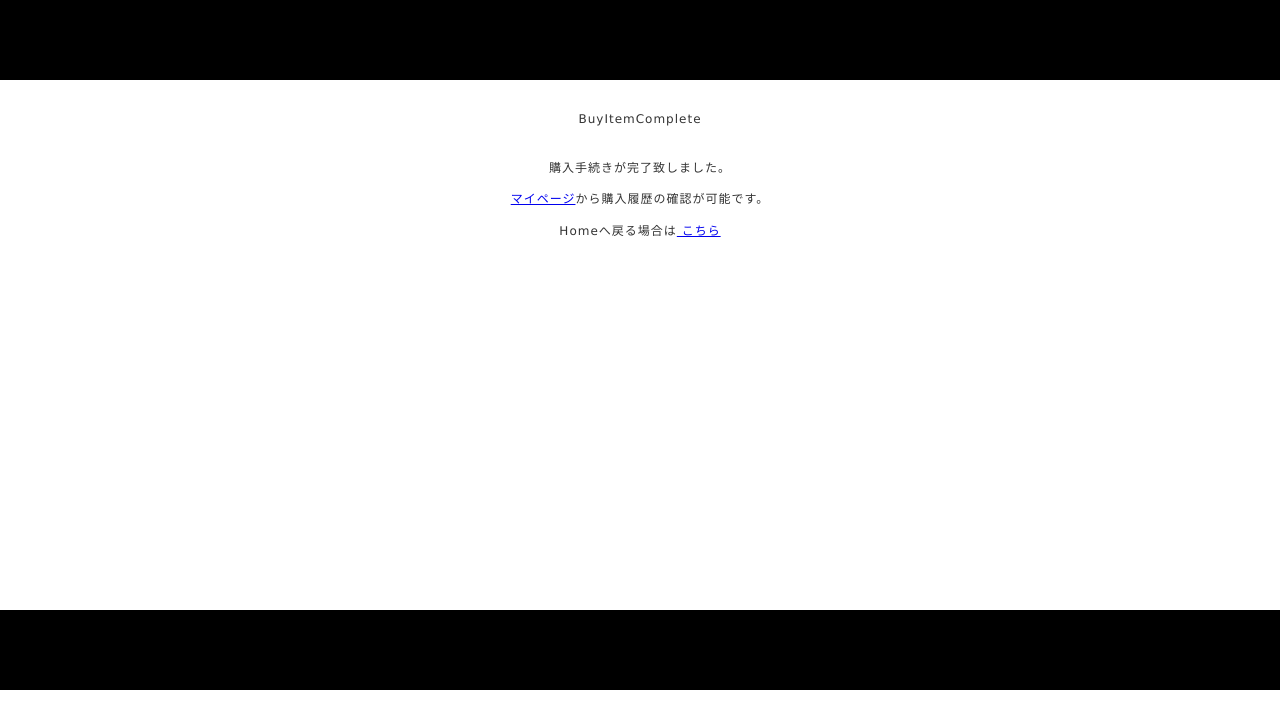
Repository: hiranatsu/ECtest
Page: http://localhost/ecsite/buyItemComplete.jsp
These files come from the project's save history. The page is drawn as it stood at one moment and after the next save; the edit follows.
The browser window is 1280 px wide. The pictures show the whole page.
The page is served by Tomcat 9.

Above is the page before, as saved 2018-09-12 07:03:11.

After the next save:
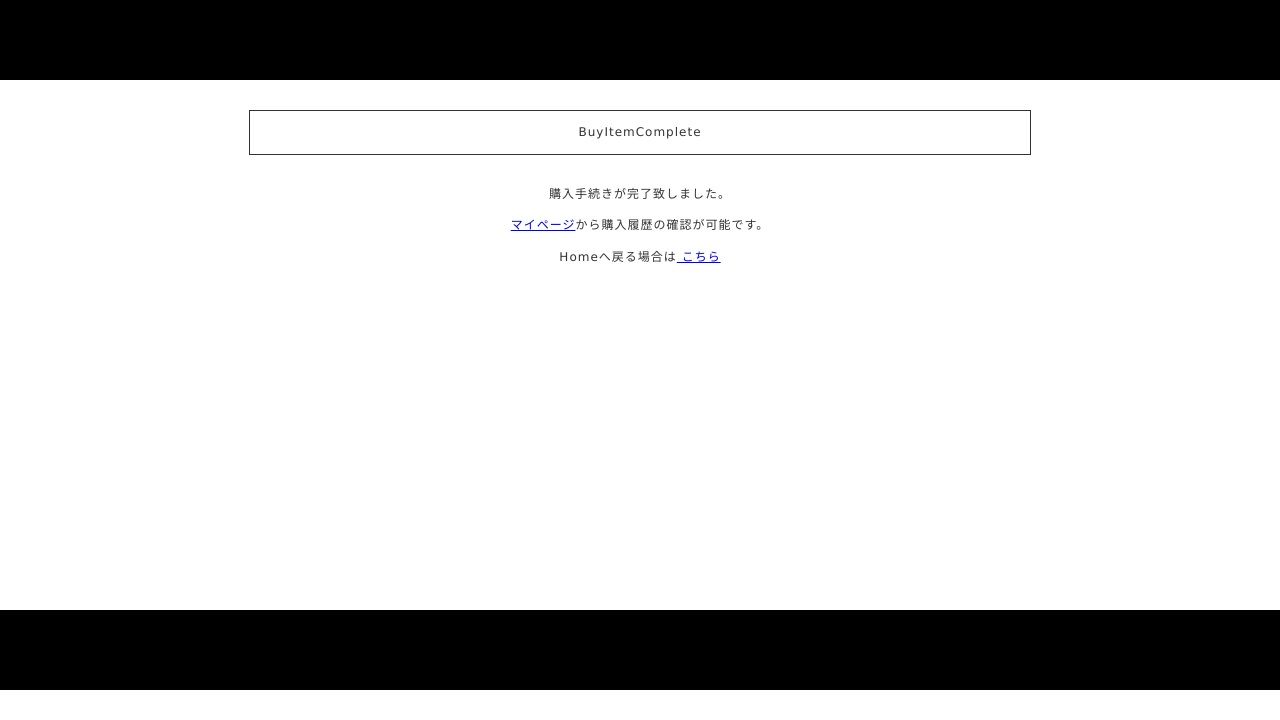
Saved 49 s later.
--- a/ecsite/WebContent/buyItemComplete.jsp
+++ b/ecsite/WebContent/buyItemComplete.jsp
@@ -35,7 +35,7 @@
 	#top{
 	width:780px;
 	margin:30px auto;
-	border:1px;
+	border:1px solid #333;
 	}
 
 	#header{
